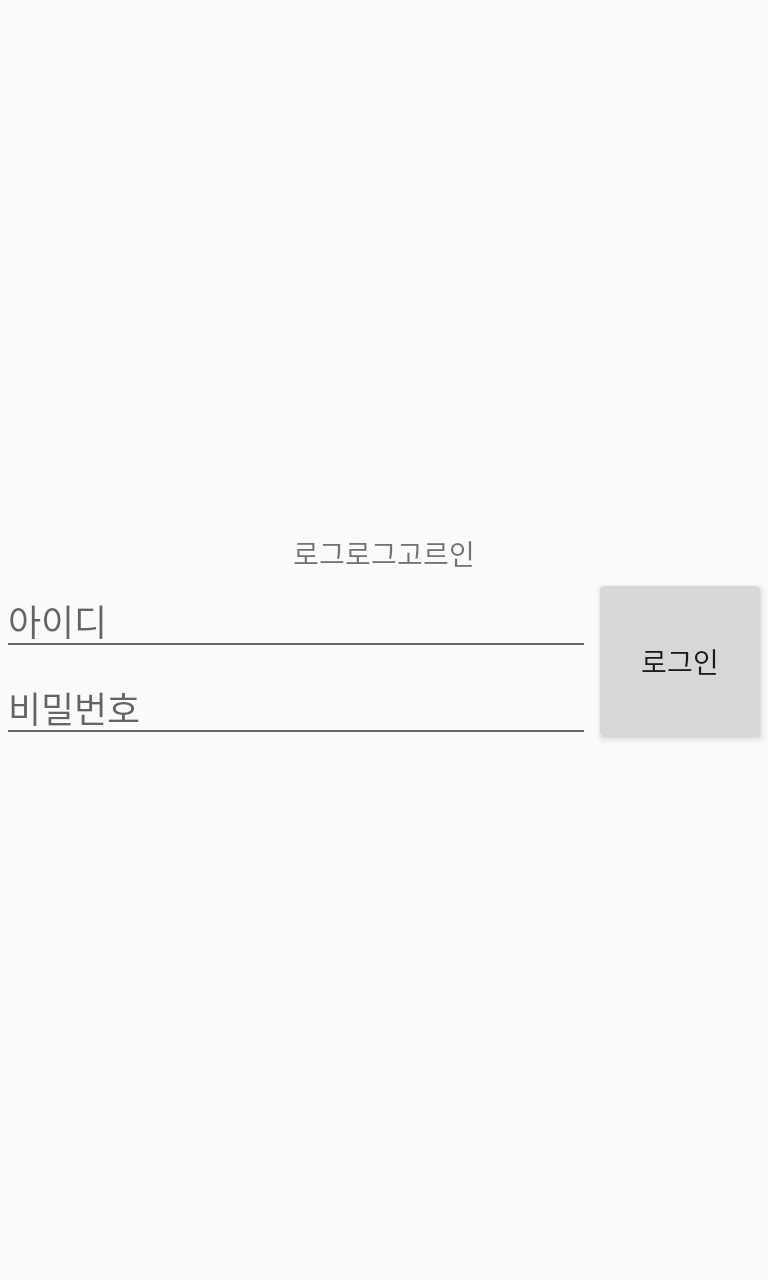
Repository: tae-jun/android
Layout: h1024_MulitipleActivities/res/layout/activity_main.xml
An editor plug-in stored every save of this project. The layout is shown before and after the next save, followed by the edit.
It is drawn on a 768 x 1280 px phone screen (xhdpi) without system bars, with theme AppTheme; the app's code is not run.

Above is the layout before, as saved 2014-10-23 14:35:35.

### h1024_MulitipleActivities/res/layout/activity_main.xml
<LinearLayout xmlns:android="http://schemas.android.com/apk/res/android"
    xmlns:tools="http://schemas.android.com/tools"
    android:layout_width="match_parent"
    android:layout_height="match_parent"
    android:gravity="center"
    android:orientation="vertical"
    tools:context="${relativePackage}.${activityClass}" >

    <TextView
        android:layout_width="match_parent"
        android:layout_height="wrap_content"
        android:gravity="center_horizontal"
        android:text="로그로그고르인" />

    <LinearLayout
        android:layout_width="match_parent"
        android:layout_height="wrap_content"
        android:gravity="center_horizontal"
        android:orientation="horizontal" >

        <LinearLayout
            android:layout_width="0dp"
            android:layout_height="wrap_content"
            android:layout_weight="1"
            android:orientation="vertical" >

            <EditText
                android:layout_width="match_parent"
                android:layout_height="wrap_content"
                android:hint="아이디" />

            <EditText
                android:layout_width="match_parent"
                android:layout_height="wrap_content"
                android:hint="비밀번호" />
        </LinearLayout>

        <Button
            android:layout_width="wrap_content"
            android:layout_height="match_parent"
            android:text="로그인" />
    </LinearLayout>

</LinearLayout>

Loaded but not shown: h1024_MulitipleActivities/res/values/styles.xml (common file); h1024_MulitipleActivities/res/values-v11/styles.xml (common file); h1024_MulitipleActivities/res/values-v14/styles.xml (common file)

After the next save:
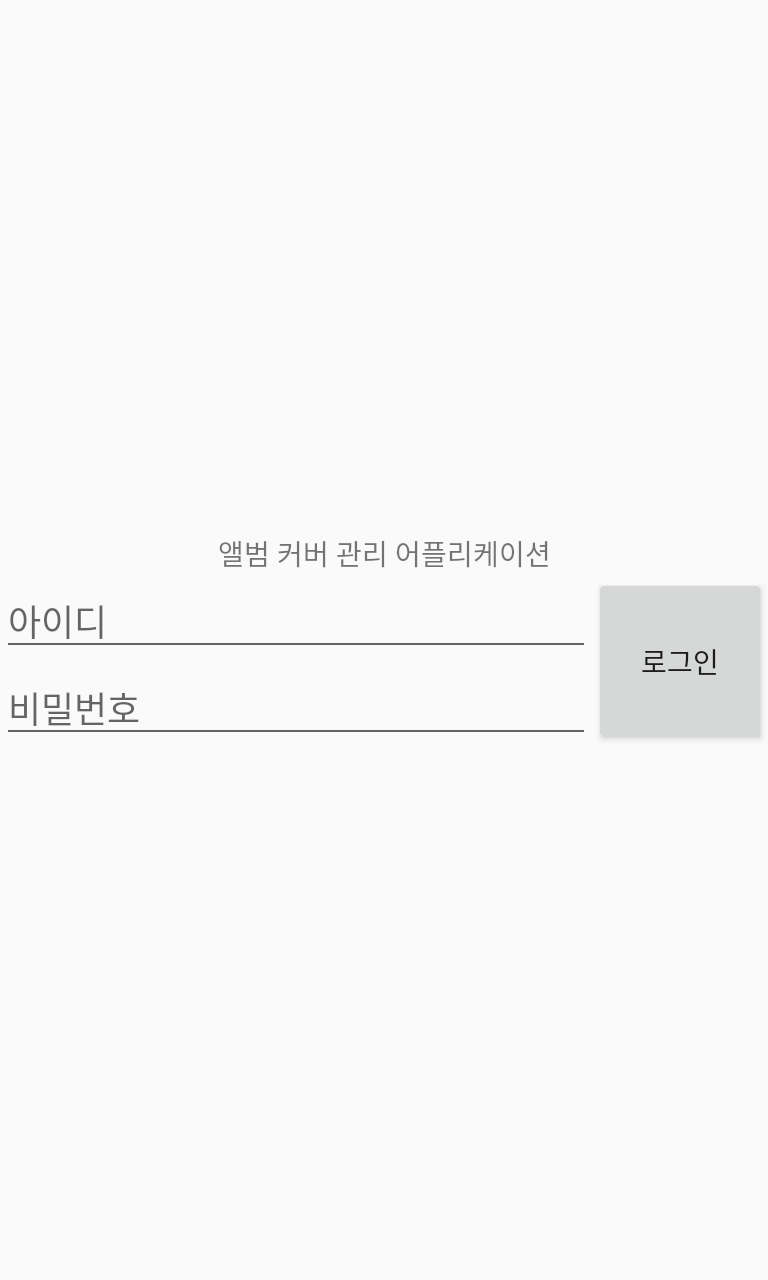
Saved 104 s later.
--- a/h1024_MulitipleActivities/res/layout/activity_main.xml
+++ b/h1024_MulitipleActivities/res/layout/activity_main.xml
@@ -10,7 +10,7 @@
         android:layout_width="match_parent"
         android:layout_height="wrap_content"
         android:gravity="center_horizontal"
-        android:text="로그로그고르인" />
+        android:text="앨범 커버 관리 어플리케이션" />
 
     <LinearLayout
         android:layout_width="match_parent"
